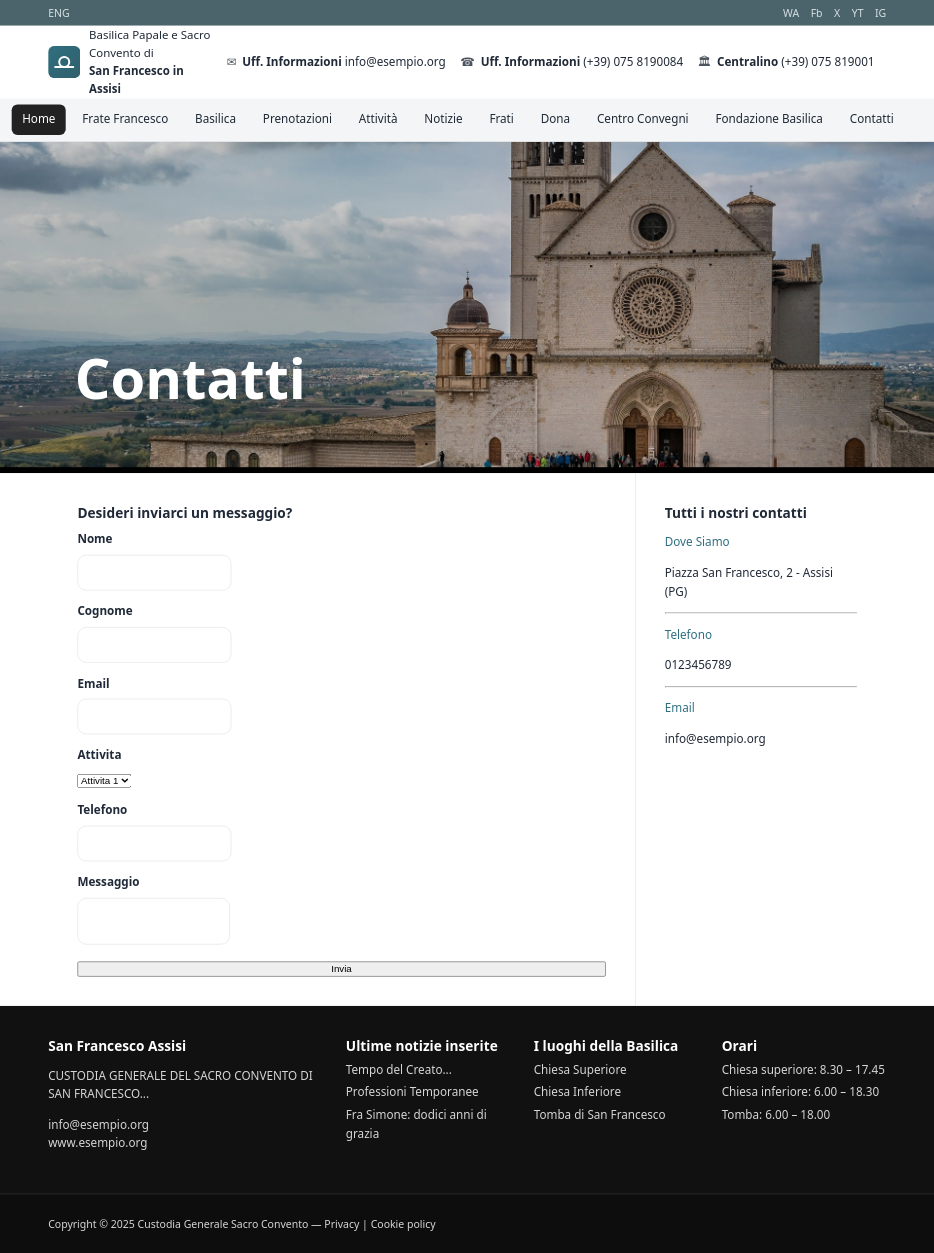
Repository: leacappello/basilica-platform-project
Page: pages/contatti.html
These files come from the project's save history. The page is drawn as it stood at one moment and after the next save; the edit follows.
The browser window is 1280 px wide. The pictures show the whole page, at 73% of full size.

Above is the page before, as saved 2025-09-17 09:49:10.
Console error (its wording comes from the project's code and is left out).

### pages/contatti.html
<!DOCTYPE html>
<html lang="it" class="no-js">

<head>
    <meta charset="utf-8" />
    <meta name="viewport" content="width=device-width, initial-scale=1" />
    <meta name="description"
        content="Basilica — Portale gemello (look & feel dimostrativo, contenuti e immagini originali)">
    <title>Basilica — Progetto gemello</title>

    <!-- Foglio di stile principale -->
    <link rel="stylesheet" href="../assets/styles.css" />

    <!-- Se JS è attivo, rimuoviamo la classe .no-js (utile per fallback menu) -->
    <script>document.documentElement.classList.remove('no-js');</script>
</head>

<body>

    <!-- ======================================================================
       TOPBAR: lingua + social (banda superiore sottile)
       ====================================================================== -->
    <div class="topbar">
        <div class="container topbar__inner">
            <div class="topbar__lang">
                <a href="#" aria-label="Versione in inglese">ENG</a>
            </div>
            <div class="topbar__social" aria-label="Social">
                <a href="#" aria-label="WhatsApp" title="WhatsApp">WA</a>
                <a href="#" aria-label="Facebook" title="Facebook">Fb</a>
                <a href="#" aria-label="X" title="X">X</a>
                <a href="#" aria-label="YouTube" title="YouTube">YT</a>
                <a href="#" aria-label="Instagram" title="Instagram">IG</a>
            </div>
        </div>
    </div>

    <!-- ======================================================================
       HEADER (masthead): logo + contatti rapidi + hamburger mobile
       Sticky con nav principale subito sotto
       ====================================================================== -->
    <header class="masthead">
        <div class="container masthead__inner">
            <!-- BRAND: logo + denominazione (il logo è decorativo; il nome è testuale) -->
            <a class="brand" href="#home" aria-label="Vai alla Home">
                <img src="images/logo.svg" alt="" class="brand__logo" aria-hidden="true" />
                <span class="brand__name">
                    Basilica Papale e Sacro Convento di<br />
                    <strong>San Francesco in Assisi</strong>
                </span>
            </a>

            <!-- CONTATTI RAPIDI: tre blocchi -->
            <ul class="masthead__contacts" aria-label="Contatti rapidi">
                <li>
                    <span class="ic" aria-hidden="true">✉</span>
                    <div>
                        <strong>Uff. Informazioni</strong>
                        <a href="mailto:info@esempio.org">info@esempio.org</a>
                    </div>
                </li>
                <li>
                    <span class="ic" aria-hidden="true">☎</span>
                    <div>
                        <strong>Uff. Informazioni</strong>
                        <a href="tel:+390758190084">(+39) 075 8190084</a>
                    </div>
                </li>
                <li>
                    <span class="ic" aria-hidden="true">🏛</span>
                    <div>
                        <strong>Centralino</strong>
                        <a href="tel:+39075819001">(+39) 075 819001</a>
                    </div>
                </li>
            </ul>

            <!-- HAMBURGER per mobile -->
            <button id="menu-button" class="menu-button" aria-controls="primary-nav" aria-expanded="false">
                <span class="sr-only">Apri/chiudi menu</span>
                <span aria-hidden="true" class="menu-icon"></span>
            </button>
        </div>

        <!-- NAV PRINCIPALE (mega-nav semplificato con sottomenù a tendina) -->
        <nav id="primary-nav" class="nav" aria-label="Navigazione principale">
            <ul class="nav__root">
                <li class="is-active"><a href="#home">Home</a></li>

                <li class="has-sub">
                    <a href="#frate">Frate Francesco</a>
                    <ul class="nav__sub">
                        <li><a href="#">Storia di un santo</a></li>
                        <li><a href="#">Scritti</a></li>
                    </ul>
                </li>

                <li class="has-sub">
                    <a href="#basilica">Basilica</a>
                    <ul class="nav__sub">
                        <li><a href="#">Chiesa superiore</a></li>
                        <li><a href="#">Chiesa inferiore</a></li>
                        <li><a href="#">Cripta</a></li>
                    </ul>
                </li>

                <li class="has-sub">
                    <a href="#prenotazioni">Prenotazioni</a>
                    <ul class="nav__sub">
                        <li><a href="#">Visite individuali</a></li>
                        <li><a href="#">Gruppi</a></li>
                    </ul>
                </li>

                <li class="has-sub">
                    <a href="#attivita">Attività</a>
                    <ul class="nav__sub">
                        <li><a href="#">Pastorale</a></li>
                        <li><a href="#">Cultura</a></li>
                    </ul>
                </li>

                <li><a href="#notizie">Notizie</a></li>

                <li class="has-sub">
                    <a href="#frati">Frati</a>
                    <ul class="nav__sub">
                        <li><a href="#">Comunità</a></li>
                    </ul>
                </li>

                <li class="has-sub">
                    <a href="#dona">Dona</a>
                    <ul class="nav__sub">
                        <li><a href="#">Come donare</a></li>
                    </ul>
                </li>

                <li><a href="#centro">Centro Convegni</a></li>
                <li><a href="#fondazione">Fondazione Basilica</a></li>
                <li><a href="#contatti">Contatti</a></li>
            </ul>
        </nav>
    </header>

    <!-- ======================================================================
       HERO: slider immagini + titolo
       ====================================================================== -->
    <div class="main-content">

        <section id="home" class="hero" aria-label="Sezione introduttiva">
            <div class="hero__slides">
                <figure class="hero__slide is-active">
                    <img src="../images/hero-1.jpg" alt="Affreschi della Basilica" loading="eager">
                    <figcaption>
                        <h1>Contatti <span class="accent">
                            </span></h1>
                    </figcaption>
                </figure>
            </div>
        </section>
       <!-- sezione contatti -->
        <section>
            <div class="container">
                <div class="container-col">
                    <!-- form contaatti -->
                    <div class="container-form">
                        <h3>Desideri inviarci un messaggio?</h3>
                        <form>
                            <!-- nome -->
                            <div>
                                <label for="nome">Nome</label>
                                <input type="text" id="nome" name="nome">
                            </div>
                            <!-- cognome -->
                            <div>
                                <label for="cognome">Cognome</label>
                                <input type="text" id="cognome" name="cognome">
                            </div>
                            <!-- email -->
                                                        <div>
                                <label for="email">Email</label>
                                <input type="email" id="email" name="email">
                            </div>
                            <!-- select con attività -->
                            <div>
                                <label for="attivita">Attivita</label>
                                <select id="attivita" name="attivita">
                                    <option value="attivita1">Attivita 1</option>
                                    <option value="attivita2">Attivita 2</option>
                                    <option value="attivita3">Attivita 3</option>
                                </select>
                            </div>
                            <!-- telefono -->
                            <div>
                                <label for="telefono">Telefono</label>
                                <input type="tel" id="telefono" name="telefono">
                            </div>
                            <div>
                                <label for="messaggio">Messaggio</label>
                                <textarea id="messaggio" name="messaggio"></textarea>
                            </div>

                            <button type="submit">Invia</button>
                        </form>
                    </div>
                    <!-- informazioni varie -->
                    <div class="container-info">
                        <h3>Tutti i nostri contatti</h3>
                        <p class="accent">Dove Siamo</p>
                        <p>Piazza San Francesco, 2 - Assisi (PG)</p>
                        <hr>
                        <p class="accent">Telefono</p>
                        <p>0123456789</p>
                        <hr>
                        <p class="accent">Email</p>
                        <p>info@esempio.org</p>
                    </div>
                </div>
            </div>
        </section>
       <!-- sezione contatti -->
    </div>


    <!-- ======================================================================
       FOOTER “mega”: 4 colonne + riga legale con anno dinamico
       ====================================================================== -->
    <footer class="site-footer" role="contentinfo">
        <div class="container footer__grid">
            <section>
                <h3 class="footer__title">San Francesco Assisi</h3>
                <p>CUSTODIA GENERALE DEL SACRO CONVENTO DI SAN FRANCESCO...</p>
                <p>
                    <a href="mailto:info@esempio.org">info@esempio.org</a><br>
                    <a href="https://www.esempio.org">www.esempio.org</a>
                </p>
            </section>

            <section>
                <h3 class="footer__title">Ultime notizie inserite</h3>
                <ul class="footer__list">
                    <li><a href="#">Tempo del Creato...</a></li>
                    <li><a href="#">Professioni Temporanee</a></li>
                    <li><a href="#">Fra Simone: dodici anni di grazia</a></li>
                </ul>
            </section>

            <section>
                <h3 class="footer__title">I luoghi della Basilica</h3>
                <ul class="footer__list">
                    <li><a href="#">Chiesa Superiore</a></li>
                    <li><a href="#">Chiesa Inferiore</a></li>
                    <li><a href="#">Tomba di San Francesco</a></li>
                </ul>
            </section>

            <section>
                <h3 class="footer__title">Orari</h3>
                <ul class="footer__list">
                    <li>Chiesa superiore: 8.30 – 17.45</li>
                    <li>Chiesa inferiore: 6.00 – 18.30</li>
                    <li>Tomba: 6.00 – 18.00</li>
                </ul>
            </section>
        </div>

        <div class="footer__legal">
            <div class="container">
                <p>Copyright © <span id="year"></span> Custodia Generale Sacro Convento — <a href="#">Privacy</a> | <a
                        href="#">Cookie policy</a></p>
            </div>
        </div>
    </footer>

    <!-- Script frontend: toggle menu, slider, evidenziazione link, anno -->
    <script src="../assets/script.js"></script>
</body>

</html>

### assets/styles.css
/* ==========================================================================
   STILE PRINCIPALE — Basilica Twin (frontend fedele, leggero, accessibile)
   - Palette teal/slate ispirata
   - Layout con Grid/Flex, breakpoint tablet/mobile
   - Componenti: topbar, masthead, nav con sottomenù, hero+cards, eventi,
                 cards notizie, stats overlay, footer mega
   ========================================================================== */

/* ============== Token / Reset ============== */
:root{
  --bg:#ffffff; --fg:#1f2937; --muted:#6b7280;
  --brand:#3b5961;
  --brand-700:#2f474e;
  --accent:#315f6b;
  --surface:#f5f7f9;
  --border:#e5e7eb;

  --container:1180px;
  --radius:12px;
  --shadow:0 8px 24px rgba(0,0,0,.12);

  --space-2:.5rem; --space-3:.75rem; --space-4:1rem;
  --space-6:1.5rem; --space-8:2rem; --space-10:2.5rem;

  --fs-sm:.9rem; --fs-base:1rem; --fs-lg:1.125rem;
  --fs-xl:1.5rem; --fs-2xl:2rem; --lh:1.6;

  --header-h:64px;
}

*{box-sizing:border-box}
html,body{margin:0}
body{
  font:400 var(--fs-base)/var(--lh) ui-sans-serif,system-ui,-apple-system,"Segoe UI",Roboto,Arial;
  color:var(--fg); background:var(--bg);
}
h1,h2,h3{margin:.25rem 0 var(--space-3); line-height:1.2}
h1{font-size:clamp(2rem,5vw,3rem)}
h2{font-size:clamp(1.5rem,3.5vw,2.25rem)}
a{color:inherit; text-decoration:none}
a:hover{text-decoration:underline}
.muted{color:var(--muted)}
.accent{color:#2f6f80}

.container{max-width:var(--container);margin-inline:auto;padding-inline:var(--space-4)}
.section{padding-block:var(--space-10)}
.sr-only{position:absolute;width:1px;height:1px;overflow:hidden;clip:rect(0,0,0,0);white-space:nowrap}

/* ============== Topbar ============== */
.topbar{background:#4b636b;color:#e6eef1;font-size:var(--fs-sm)}
.topbar__inner{display:flex;justify-content:space-between;align-items:center;padding-block:6px}
.topbar a{color:#e6eef1;opacity:.9}
.topbar a:hover{opacity:1}
.topbar__social a{margin-left:12px}

/* ============== Masthead (logo+contatti+hamburger) ============== */
.masthead{background:#fff;border-bottom:1px solid var(--border);position:sticky;top:0;z-index:30}
.masthead__inner{
  display:grid;grid-template-columns:1fr auto auto;gap:1rem;align-items:center;min-height:var(--header-h)
}
.brand{display:flex;align-items:center;gap:.75rem;text-decoration:none}
.brand__logo{width:44px;height:44px;object-fit:contain}
.brand__name{font-size:.98rem}
.masthead__contacts{list-style:none;display:flex;gap:1.25rem;margin:0;padding:0}
.masthead__contacts li{display:flex;gap:.5rem;align-items:center}
.ic{font-style:normal;opacity:.8}

/* Hamburger (mobile only) */
.menu-button{display:none;background:transparent;border:0;cursor:pointer}
.menu-icon{width:24px;height:2px;background:var(--fg);display:inline-block;position:relative}
.menu-icon::before,.menu-icon::after{content:"";position:absolute;left:0;width:24px;height:2px;background:var(--fg)}
.menu-icon::before{top:-6px}.menu-icon::after{top:6px}

/* ============== Nav (root + submenu) ============== */
.nav{background:#f3f5f6}
.nav__root{display:flex;gap:.5rem;list-style:none;margin:0;padding:.5rem var(--space-4)}
.nav__root>li>a{display:block;padding:.5rem .9rem;border-radius:8px}
.nav__root>li.is-active>a{background:#222;color:#fff}
.nav a[aria-current="page"]{background:#222;color:#fff;border-radius:8px}

/* Sottomenù desktop (hover) */
.has-sub{position:relative}
.has-sub>.nav__sub{
  display:none;position:absolute;left:0;top:calc(100% + 6px);
  min-width:240px;background:#fff;border:1px solid var(--border);
  border-radius:10px;box-shadow:var(--shadow);padding:.5rem
}
.has-sub:hover>.nav__sub{display:block}
.nav__sub{list-style:none;margin:0}
.nav__sub a{display:block;padding:.5rem .75rem;border-radius:6px}
.nav__sub a:hover{background:#f7f7f9}

/* ============== Hero (slider + overlay cards) ============== */
.hero{position:relative;background:#000;color:#fff}
.hero__slides{position:relative;overflow:hidden}
.hero__slide{display:none;margin:0}
.hero__slide.is-active{display:block}
.hero__slide img{width:100%;height:62vh;min-height:420px;object-fit:cover;opacity:.9}
.hero__slide figcaption{position:absolute;left:8%;bottom:16%;max-width:700px}
.hero__slide h1{font-size:clamp(2.5rem,6vw,5rem);font-weight:600}
.pill{
  display:inline-block;margin-top:.75rem;padding:.45rem .9rem;
  background:rgba(255,255,255,.18);border-radius:999px;color:#e9f1f3;font-size:1.25rem
}

/* Controlli slider */
.hero__ctrl{
  position:absolute;top:50%;transform:translateY(-50%);
  background:rgba(0,0,0,.35);color:#fff;border:0;border-radius:999px;
  width:40px;height:40px;cursor:pointer
}
.hero__ctrl.prev{left:14px}
.hero__ctrl.next{right:14px}

/* Overlay 4 card */
.hero__overlay{position:relative}
.hero__cards{
  display:grid;grid-template-columns:repeat(4,1fr);gap:1rem;margin-top:-70px
}
.card{
  background:#526e76;color:#ecf1f3;padding:1.1rem;border-radius:14px;box-shadow:var(--shadow)
}
.card h3{margin:.1rem 0 .35rem}
.card .btn{margin-top:.5rem}

/* ============== Buttons ============== */
.btn{
  display:inline-block;font-weight:600;border:0;border-radius:10px;
  padding:.65rem 1rem;cursor:pointer;text-decoration:none
}
.btn--primary{background:var(--brand);color:#fff}
.btn--primary:hover{background:var(--brand-700)}
.btn--ghost{background:transparent;color:#fff;border:1px solid rgba(255,255,255,.7)}
.btn--ghost:hover{background:rgba(255,255,255,.12)}

/* ============== Eventi a 2 colonne ============== */
.grid-2{display:grid;grid-template-columns:2fr 1.2fr;gap:2rem}
.eyebrow{color:var(--muted);letter-spacing:.06em;text-transform:uppercase;font-size:.85rem}
.media img{width:100%;border-radius:12px}

.events{list-style:none;margin:0;padding:0;display:grid;gap:1rem}
.events li{
  display:grid;grid-template-columns:70px 1fr;gap:1rem;align-items:start;
  border-bottom:1px solid var(--border);padding-bottom:1rem
}
.date{
  width:70px;background:#315f6b;color:#fff;border-radius:8px;
  display:grid;place-items:center;padding:.35rem 0
}
.date span{font-size:1.4rem;font-weight:700;line-height:1}
.date small{opacity:.8}

/* ============== Cards 3 (notizie/progetti) ============== */
.cards-3{display:grid;grid-template-columns:repeat(3,1fr);gap:1.2rem}
.post{
  background:#fff;border:1px solid var(--border);border-radius:12px;
  overflow:hidden;display:flex;flex-direction:column
}
.post img{width:100%;aspect-ratio:16/9;object-fit:cover}
.post__body{padding:1rem;display:grid;gap:.5rem}
.badge{
  display:inline-flex;align-items:center;gap:.5rem;background:#e6eef1;
  border-radius:8px;padding:.25rem .5rem;color:#2f4f59;font-weight:700
}
.post__title{font-weight:700;text-decoration:none}
.readmore{font-weight:600;color:var(--accent);text-decoration:none}

/* ============== Stats (background con overlay scuro fisso) ============== */
.stats{
  background:url('../images/hero-1.jpg') center/cover no-repeat fixed;
  position:relative;color:#e9eef1
}
.stats::before{content:"";position:absolute;inset:0;background:rgba(22,32,41,.65)}
.stats__grid{
  position:relative;display:grid;grid-template-columns:repeat(4,1fr);
  gap:2rem;padding-block:3rem
}
.stats__grid .n{font-size:2.25rem;font-weight:800}

/* ============== Footer “mega” ============== */
.site-footer{background:#111;color:#d6d6d6}
.footer__grid{display:grid;grid-template-columns:2fr 1.2fr 1.2fr 1.2fr;gap:2rem;padding-block:2.5rem}
.footer__title{color:#fff;margin-bottom:.5rem}
.footer__list{list-style:none;margin:0;padding:0;display:grid;gap:.35rem}
.footer__legal{border-top:1px solid #333;background:#0d0d0d;font-size:.9rem}
.footer__legal .container{padding-block:.9rem}
.center{text-align:center}
.mt-4{margin-top:var(--space-4)}

/* ============== Responsive ============== */
@media (max-width: 1024px){
  .masthead__inner{grid-template-columns:1fr auto auto}
  .hero__cards{grid-template-columns:repeat(2,1fr);margin-top:-50px}
  .grid-2{grid-template-columns:1fr}
  .cards-3{grid-template-columns:1fr 1fr}
}
@media (max-width: 768px){
  .masthead__contacts{display:none}
  .menu-button{display:inline-block}
  .nav{display:none}
  .nav[data-open="true"]{display:block}
  .nav__root{flex-direction:column}
  .hero__cards{grid-template-columns:1fr;margin-top:-30px}
  .cards-3{grid-template-columns:1fr}
  .stats__grid{grid-template-columns:1fr 1fr}
}
@media (max-width: 480px){
  .stats__grid{grid-template-columns:1fr}
}

/* ============== No-JS fallback ============== */
.no-js .nav{display:block}

/* ============== Tabella Orari ============== */
.tabella-orari{
  width:100%;
  border-collapse:collapse;
}
.orari th,.orari td{
  padding:.5rem;
  border-bottom:1px solid var(--border);
  text-align: left;
}

.titolo-orari{
  margin-top: 30px; font-size: 1.5rem;
  margin-bottom:.5rem;
  border-bottom:1px solid var(--border);
  padding-bottom:.5rem
}
/* ============== Tabella Orari ============== */


/* ============== contatti ============== */
.container-col{
  display:flex;
}
.container-form{
  width: 70%;
  padding: var(--space-10);
}
.container-info{
  width: 30%;
  padding: var(--space-10);
  border-left: 1px solid var(--border);
}

form{
  display:flex;
  flex-direction: column;
  gap: var(--space-4);
}

input, textarea{
  padding: var(--space-4);
  border-radius: var(--radius);
  border: 1px solid var(--border);
  resize: none;
}

input[type="submit"]{
  background-color: var(--accent);
  color: #fff;
  cursor: pointer;
}

label{
  display: block;
  font-weight: 600;
  margin-bottom: var(--space-2);
  }

/* ============== contatti ============== */

Loaded but not shown: assets/script.js (113 lines, source omitted)

After the next save:
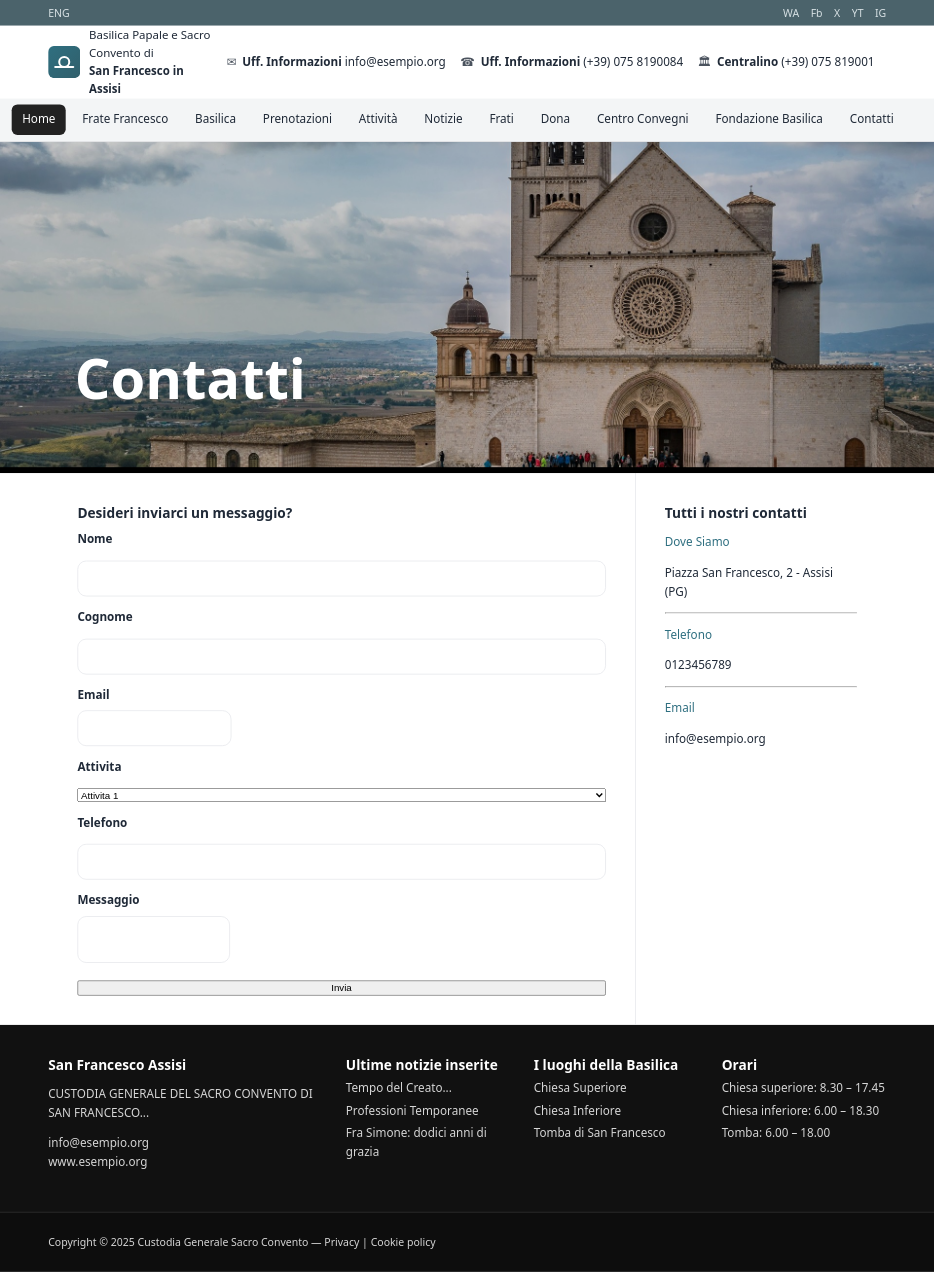
Saved 2 min 6 s later.
--- a/pages/contatti.html
+++ b/pages/contatti.html
@@ -166,14 +166,14 @@
                     <!-- form contaatti -->
                     <div class="container-form">
                         <h3>Desideri inviarci un messaggio?</h3>
-                        <form>
+                        <form class="form-container">
                             <!-- nome -->
-                            <div>
+                            <div class="column">
                                 <label for="nome">Nome</label>
                                 <input type="text" id="nome" name="nome">
                             </div>
                             <!-- cognome -->
-                            <div>
+                            <div class="column">
                                 <label for="cognome">Cognome</label>
                                 <input type="text" id="cognome" name="cognome">
                             </div>
@@ -183,7 +183,7 @@
                                 <input type="email" id="email" name="email">
                             </div>
                             <!-- select con attività -->
-                            <div>
+                            <div class="column">
                                 <label for="attivita">Attivita</label>
                                 <select id="attivita" name="attivita">
                                     <option value="attivita1">Attivita 1</option>
@@ -192,7 +192,7 @@
                                 </select>
                             </div>
                             <!-- telefono -->
-                            <div>
+                           <div class="column">
                                 <label for="telefono">Telefono</label>
                                 <input type="tel" id="telefono" name="telefono">
                             </div>
--- a/assets/styles.css
+++ b/assets/styles.css
@@ -270,4 +270,18 @@ label{
   margin-bottom: var(--space-2);
   }
 
+   .form-container {
+      display: flex;
+      flex-direction: column; /* Organizza gli elementi in colonna */
+      gap: 1rem; /* Aggiunge spazio tra gli elementi */
+      width: 100%; /* Assicura che il contenitore occupi tutta la larghezza disponibile */
+    }
+
+    .column {
+      flex: 1; /* Fa sì che le colonne occupino uno spazio uguale */
+      display: flex; /* Per permettere il posizionamento dei campi all'interno della colonna */
+      flex-direction: column;
+      gap: 0.5rem; /* Spazio tra i campi all'interno della colonna */
+    }
+
 /* ============== contatti ============== */
